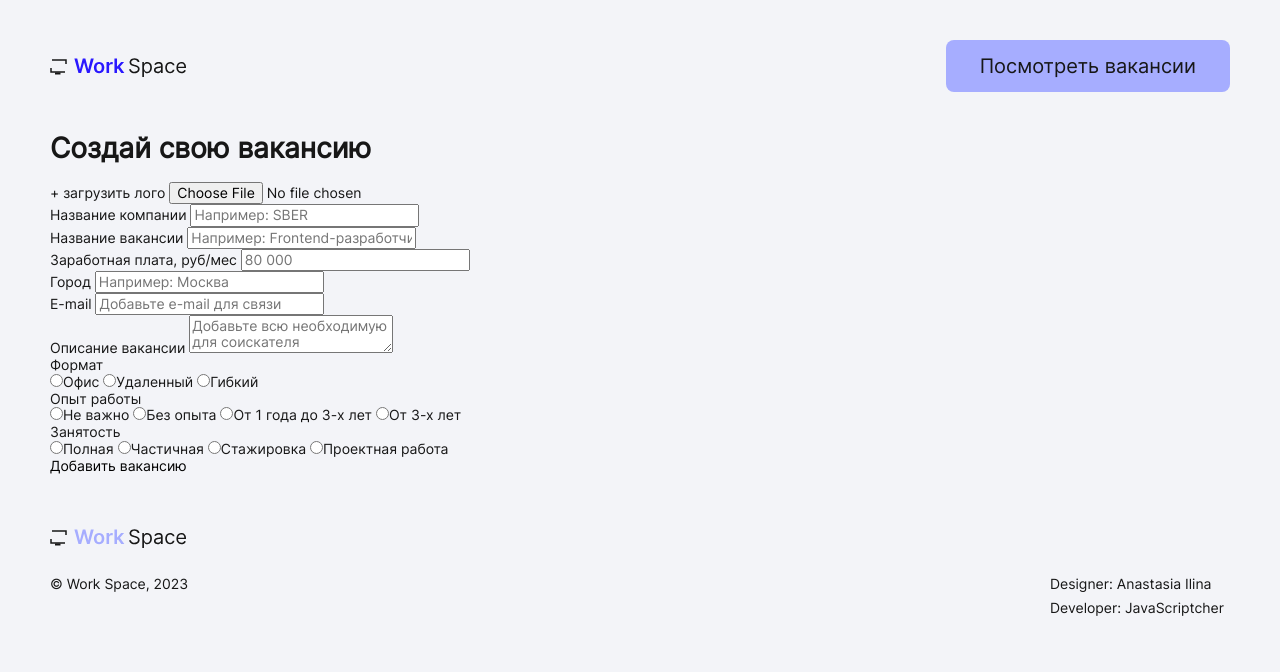
Repository: alexboagreek/workspace_js
Page: employer.html
These files come from the project's save history. The page is drawn as it stood at one moment and after the next save; the edit follows.
The browser window is 1280 px wide. The pictures show the whole page.

Above is the page before, as saved 2023-09-12 13:00:21.
Console error: TypeError: Cannot read properties of null (reading 'addEventListener')

### employer.html
<!DOCTYPE html>
<html lang="ru">
  <head>
    <meta charset="UTF-8" />
    <meta name="viewport" content="width=device-width, initial-scale=1.0" />
    <title>Workspace - добавить вакансию</title>

    <link rel="stylesheet" href="index.css" />

    <script src="js/choices.min.js" defer></script>
    <script src="js/script.js" defer></script>
  </head>

  <body>
    <header class="header">
      <div class="container header__container">
        <img class="header__logo" src="img/logo.svg" alt="Логитип WorkSpace" />

        <a class="header__link" href="#vacancies">Посмотреть вакансии</a>
      </div>
    </header>

    <main>
      <section class="employer">
        <div class="container">
          <h1 class="employer__title">Создай свою вакансию</h1>

          <form class="employer__form">
            <div class="employer__file file">
              <div class="file__wrap-preview">
                <img src="#" alt="" class="file__preview" />
              </div>

              <div class="file__wrap-btn">
                <label for="logo" class="file__label"> + загрузить лого </label>
                <input
                  name="logo"
                  type="file"
                  class="file__input"
                  id="logo"
                  accept="image/png, image/jpeg"
                />
              </div>

              <fieldset class="employer__fildset">
                <div class="employer__wrap-input">
                  <label class="employer__label" for="company"
                    >Название компании</label
                  >

                  <input
                    type="text"
                    class="employer__input"
                    id="company"
                    name="company"
                    placeholder="Например: SBER"
                  />
                </div>
              </fieldset>

              <fieldset class="employer__fieldset-input">
                <div class="employer__wrap-input">
                  <label class="employer__label" for="title"
                    >Название вакансии</label
                  >

                  <input
                    type="text"
                    class="employer__input"
                    id="title"
                    name="title"
                    placeholder="Например: Frontend-разработчик"
                  />
                </div>
              </fieldset>

              <fieldset class="employer__fildset">
                <div class="employer__wrap-input">
                  <label class="employer__label" for="salary"
                    >Заработная плата, руб/мес</label
                  >

                  <input
                    type="number"
                    class="employer__input"
                    id="salary"
                    name="salary"
                    placeholder="80 000"
                  />
                </div>
              </fieldset>

              <fieldset class="employer__fildset">
                <div class="employer__wrap-input">
                  <label class="employer__label" for="location">Город</label>

                  <input
                    type="text"
                    class="employer__input"
                    id="location"
                    name="location"
                    placeholder="Например: Москва"
                  />
                </div>
              </fieldset>

              <fieldset class="employer__fildset">
                <div class="employer__wrap-input">
                  <label class="employer__label" for="email">E-mail</label>

                  <input
                    type="email"
                    class="employer__input"
                    id="email"
                    name="email"
                    placeholder="Добавьте e-mail для связи"
                  />
                </div>
              </fieldset>
            </div>

            <fieldset class="employer__fieldset-textarea">
              <label class="employer__label" for="description"
                >Описание вакансии</label
              >

              <textarea
                class="employer__textarea"
                name="description"
                id="description"
                placeholder="Добавьте всю необходимую для соискателя информацию"
              ></textarea>
            </fieldset>

            <div class="employer__radio-buttons">
              <fieldset class="employer__fieldset-radio">
                <legend class="employer__legend">Формат</legend>

                <label class="employer__label-radio radio">
                  <input
                    type="radio"
                    class="radio__input"
                    name="format"
                    value="Офис"
                  />Офис
                </label>

                <label class="employer__label-radio radio">
                  <input
                    type="radio"
                    class="radio__input"
                    name="format"
                    value="Удаленный"
                  />Удаленный
                </label>

                <label class="employer__label-radio radio">
                  <input
                    type="radio"
                    class="radio__input"
                    name="format"
                    value="Гибкий"
                  />Гибкий
                </label>
              </fieldset>

              <fieldset class="employer__fieldset-radio">
                <legend class="employer__legend">Опыт работы</legend>

                <label class="employer__label-radio radio">
                  <input
                    type="radio"
                    class="radio__input"
                    name="experience"
                    value="Не важно"
                  />Не важно
                </label>

                <label class="employer__label-radio radio">
                  <input
                    type="radio"
                    class="radio__input"
                    name="experience"
                    value="Без опыта"
                  />Без опыта
                </label>

                <label class="employer__label-radio radio">
                  <input
                    type="radio"
                    class="radio__input"
                    name="experience"
                    value="От 1 года до 3-х лет"
                  />От 1 года до 3-х лет
                </label>

                <label class="employer__label-radio radio">
                  <input
                    type="radio"
                    class="radio__input"
                    name="experience"
                    value="От 3-х лет"
                  />От 3-х лет
                </label>
              </fieldset>

              <fieldset class="employer__fieldset-radio">
                <legend class="employer__legend">Занятость</legend>

                <label class="employer__label-radio radio">
                  <input
                    type="radio"
                    class="radio__input"
                    name="type"
                    value="Полная"
                  />Полная
                </label>

                <label class="employer__label-radio radio">
                  <input
                    type="radio"
                    class="radio__input"
                    name="type"
                    value="Частичная"
                  />Частичная
                </label>

                <label class="employer__label-radio radio">
                  <input
                    type="radio"
                    class="radio__input"
                    name="type"
                    value="Стажировка"
                  />Стажировка
                </label>

                <label class="employer__label-radio radio">
                  <input
                    type="radio"
                    class="radio__input"
                    name="type"
                    value="Проектная работа"
                  />Проектная работа
                </label>
              </fieldset>
            </div>

            <div class="employer__wrap-submit">
              <button class="employer__submit" type="submit">Добавить вакансию</button>
              <div class="employer__error"></div>
            </div>
          </form>
        </div>
      </section>
    </main>

    <footer class="footer">
      <div class="container footer__container">
        <img
          class="footer__logo"
          src="img/logo-footer.svg"
          alt="Логотип WorkSpace"
        />

        <p class="footer__copyright">© Work Space, 2023</p>

        <ul class="footer__contacts">
          <li class="footer__contact">
            Designer:
            <a class="footer__link" href="#">Anastasia Ilina</a>
          </li>
          <li class="footer__contact">
            Developer:
            <a class="footer__link" href="#">JavaScriptcher</a>
          </li>
        </ul>
      </div>
    </footer>
  </body>
</html>

### index.css
@import "style/normalize.css";
@import "style/choices.min.css";
@import "style/style.css";
@import "style/header.css";
@import "style/hero.css";
@import "style/vacancies.css";
@import "style/filter.css";
@import "style/choices.css";
@import "style/checkbox.css";
@import "style/cards.css";
@import "style/vacancy.css";
@import "style/footer.css";
@import "style/modal.css";
@import "style/detail.css";

### style/style.css
@font-face {
  font-family: Inter;
  font-weight: 400;
  src: url("../fonts/inter-regular.woff2") format("woff2"),
    url("../fonts/inter-regular.woff") format("woff");
}

html {
  scroll-behavior: smooth;
  position: relative;
  box-sizing: border-box;
}

*,
*:before,
*:after {
  box-sizing: inherit;
}

body {
  min-width: 320px;
  min-height: 100vh;
  font-family: Inter, sans-serif;
  font-size: 14px;
  color: #171717;
  background-color: #f3f4f8;
  line-height: 1.2;
}

img,
svg {
  max-width: 100%;
  max-height: 100%;
  height: auto;
}

button {
  padding: 0;
  border: 0;
  cursor: pointer;
  background-color: transparent;
}

a {
  text-decoration: none;
  color: inherit;
}

ul {
  padding: 0;
  margin: 0;
  list-style: none;
}

h1,
h2,
h3,
p {
  margin: 0;
}

fieldset {
  padding: 0;
  margin: 0;
  border: 0;
}

.visually-hidden {
  position: fixed;
  transform: scale(0);
}

.container {
  --width: 1180px;
  --padding: 30px;
  max-width: calc(var(--width) + var(--padding) * 2);
  margin: 0 auto;
  padding: 0 var(--padding);
}

.blue-text {
  color: #2a18ff;
}

@media (max-width: 1140px) {
  .container {
    --width: 880px;
  }
}

@media (max-width: 940px) {
  .container {
    --width: 680px;
  }
}

@media (max-width: 640px) {
  .container {
    --padding: 15px;
  }
}

### style/header.css
.header {
  padding: 40px 0;
}

.header__container {
  display: flex;
  align-items: center;
  justify-content: space-between;
}

.header__link {
  padding: 12px 32px;
  border-radius: 8px;
  background-color: #a6adff;
  font-size: 20px;
  border: 2px solid transparent;
  transition-property: color, background-color;
  transition-duration: 0.2s;
  transition-timing-function: ease-in-out;
}

.header__link:focus-visible {
  border-color: #4f58be;
}

.header__link:hover {
  color: #fff;
  background-color: #2a18ff;
}

@media (max-width: 1140px) {
  .header {
    padding: 32px 0 40px;
  }
}

@media (max-width: 940px) {
  .header {
    padding: 24px 0 30px;
  }

  .header__link {
    padding: 8px 23px;
    font-size: 14px;
  }
}

@media (max-width: 640px) {
  .header {
    padding: 24px 0 20px;
  }

  .header__link {
    display: none;
  }
}

### style/hero.css
.hero {
  padding: 60px 0 50px;
}

.hero__container {
  position: relative;
  padding-top: 57px;
  padding-bottom: 57px;
}

.hero__container:after {
  content: "";
  position: absolute;
  right: -9px;
  top: 0;
  bottom: 0;
  width: 421px;
  background: url("../img/laptop.png") no-repeat center/contain;
}

.hero__title {
  position: relative;
  z-index: 2;
  max-width: 780px;
  font-size: 90px;
  letter-spacing: 1.8px;
  text-transform: uppercase;
}

@media (max-width: 1140px) {
  .hero {
    padding: 40px 0;
  }

  .hero__container {
    padding-top: 53px;
    padding-bottom: 53px;
  }

  .hero__container:after {
    width: 340px;
  }

  .hero__title {
    max-width: 580px;
    font-size: 64px;
    letter-spacing: 1.28px;
  }
}

@media (max-width: 940px) {
  .hero {
    padding: 30px 0;
  }

  .hero__container {
    padding-top: 40px;
    padding-bottom: 40px;
  }

  .hero__container:after {
    width: 269px;
  }

  .hero__title {
    max-width: 450px;
    font-size: 52px;
    letter-spacing: 1.04px;
  }
}

@media (max-width: 640px) {
  .hero {
    padding-top: 20px;
    padding-bottom: 10px;
  }

  .hero__container {
    padding-top: 0;
    padding-bottom: 234px;
  }

  .hero__title {
    max-width: 290px;
    text-align: center;
    margin: 0 auto;
    font-size: 32px;
  }

  .hero__container:after {
    right: auto;
    top: auto;
    height: 269px;
    left: 50%;
    transform: translateX(-50%);
    background-position: bottom;
  }
}

### style/vacancies.css
.vacancies {
  padding: 50px 0;
}

.vacancies__container {
  display: flex;
  align-items: start;
  gap: 24px 20px;
}

.vacancies__filter-btn {
  display: none;
}

.vacancies__filter {
  flex: 0 0 280px;
}

.vacancies__cards {
  flex-basis: 100%;
}

@media (max-width: 1140px) {
  .vacancies {
    padding: 40px 0;
  }
}

@media (max-width: 940px) {
  .vacancies {
    padding: 30px 0;
  }

  .vacancies__container {
    flex-direction: column;
    row-gap: 0;
  }

  .vacancies__filter-btn {
    display: flex;
    align-items: center;
    margin-bottom: 24px;
    transition-property: margin-bottom, color;
    transition-duration: 0.2s, 0.3s;
    transition-timing-function: ease-in-out;
    transition-delay: 0.2s, 0s;
    color: #2a18ff;
    line-height: 20px;
  }

  .vacancies__filter-btn:hover:not(:focus) {
    color: #a6adff;
  }

  .vacancies__filter-btn-arrow {
    position: relative;
    top: -2px;
    display: block;
    width: 20px;
    height: 20px;
  }

  .vacancies__filter-btn_active {
    margin-bottom: 32px;
    transition-delay: 0s;
  }

  .vacancies__filter-btn_active .vacancies__filter-btn-arrow {
    transform: rotate(180deg);
    top: 2px;
  }

  .vacancies__filter {
    width: 100%;
    flex-basis: auto;
    height: 0;
    overflow: hidden;
    transition: height 0.4s ease-in-out;
  }

  .vacancies__filter_active {
    height: auto;
    margin-bottom: 40px;
  }

  .vacancies__cards {
    width: 100%;
  }
}

@media (max-width: 640px) {
  .vacancies__filter-btn_active {
    margin-bottom: 24px;
  }
}

### style/filter.css
.filter {
  position: relative;
}

.filter__reset {
  position: absolute;
  top: 7px;
  right: 0;
  color: #ccc;
}

.filter__title {
  font-size: 20px;
  font-weight: 400;
  margin-bottom: 32px;
}

.filter__form {
  display: flex;
  flex-direction: column;
  gap: 32px;
}

.filter__fieldset {
  display: flex;
  flex-direction: column;
  align-items: start;
}

.filter__legend {
  margin-bottom: 12px;
}

.filter__select {
  width: 100%;
}

.filter__range {
  display: flex;
  align-items: center;
  justify-content: space-between;
  gap: 10px;
}

.filter__label:not(:last-child) {
  margin-bottom: 8px;
}

.filter__input {
  flex: 1 1 50%;
  width: 100%;
  padding: 0 16px;
  height: 32px;
  border: 0;
}

.filter__input::placeholder {
  color: #ccc;
}

.filter__checkboxes {
  display: flex;
  flex-direction: column;
  gap: 32px;
}

.filter__button {
  padding: 8px 24px;
  border-radius: 4px;
  background-color: #a6adff;
  border: 2px solid transparent;
  transition-property: color, background-color;
  transition-duration: 0.2s;
  transition-timing-function: ease-in-out;
}

.filter__button:focus-visible {
  border-color: #4f58be;
}

.filter__button:hover {
  color: #fff;
  background-color: #2a18ff;
}

@media (max-width: 940px) {
  .filter__title {
    position: fixed;
    transform: scale(0);
  }

  .filter__input {
    max-width: 140px;
  }

  .filter__checkboxes {
    display: grid;
    grid-template-columns: repeat(auto-fit, minmax(180px, 1fr));
    gap: 24px 70px;
  }

  .filter__buttons {
    display: flex;
    gap: 16px;
    align-items: center;
  }

  .filter__reset {
    position: static;
  }
}

### style/choices.css
.choices {
  width: 100%;
}

.choices__inner {
  background-color: #fff;
  padding: 6px 16px;
  min-height: 32px;
  border: 0;
}

.choices__list--single {
  padding: 0;
}

.choices[data-type*="select-one"]::after {
  width: 20px;
  height: 20px;
  background: url("../img/arrow.svg") no-repeat center/contain;
  border: 0;
  top: 6px;
  right: 16px;
  margin-top: 0;
}

.choices[data-type*="select-one"].is-open::after {
  transform: rotate(180deg);
  margin-top: 0;
}

### style/checkbox.css
.checkbox {
  position: relative;
  display: block;
  line-height: 20px;
  padding-left: 28px;
}

.checkbox__input {
  -webkit-appearance: none;
  -moz-appearance: none;
  appearance: none;
  position: absolute;
  width: 20px;
  height: 20px;
  left: 0;
  top: 0;
  bottom: 0;
  background-color: #fff;
  border-radius: 4px;
}

.checkbox__input:after {
  content: "";
  position: absolute;
  inset: 0;
  display: block;
  background: url("../img/check.svg") no-repeat center;
  opacity: 0;
  transition: opacity 0.2s ease-in-out;
}

.checkbox__input:checked:after {
  opacity: 1;
}

.checkbox__input:focus-visible {
  outline: none;
  box-shadow: 0px 2px 10px rgba(0, 0, 0, 0.25);
}

.checkbox__input:hover:not(:disabled) {
  box-shadow: 0px 2px 10px rgba(166, 173, 255, 0.55);
}

.checkbox__input:disabled {
  background-color: #ccc;
}

### style/cards.css
.cards__list {
  display: grid;
  grid-template-columns: repeat(auto-fit, minmax(280px, 1fr));
  gap: 20px;
}

@media (max-width: 940px) {
  .cards__list {
    grid-template-columns: repeat(auto-fit, minmax(220px, 1fr));
    gap: 10px;
  }
}

### style/vacancy.css
.vacancy {
  border-radius: 16px;
  background-color: #fff;
  padding: 16px;
  height: 100%;
  cursor: pointer;
  outline: none;
  border: 2px solid transparent;
}

.vacancy:hover {
  background-color: #f9faff;
}

.vacancy:focus-visible {
  border-color: #a6adff;
}

.vacancy__img {
  max-height: 44px;
  margin-bottom: 12px;
  display: block;
}

.vacancy__company {
  font-size: 20px;
  margin-bottom: 8px;
}

.vacancy__title {
  display: inline-block;
  padding: 3px 5px;
  font-size: 14px;
  font-weight: 400;
  border-radius: 4px;
  background-color: #eaecff;
  margin-bottom: 8px;
}

.vacancy__field {
  color: #ccc;
}

### style/footer.css
.footer {
  padding: 50px 0 40px;
}

.footer__container {
  display: grid;
  gap: 27px;
  grid-template-areas:
    "logo ."
    "copyright contacts";
}

.footer__logo {
  grid-area: logo;
}

.footer__copyright {
  grid-area: copyright;
}

.footer__contacts {
  grid-area: contacts;
  justify-self: end;
  min-width: 180px;
}

.footer__contact {
  margin-bottom: 8px;
}

.footer__contact:last-child {
  margin-bottom: 0;
}

.footer__link:hover {
  color: brown;
}

@media (max-width: 1140px) {
  .footer {
    padding: 40px 0 32px;
  }
}

@media (max-width: 940px) {
  .footer {
    padding: 30px 0 24px;
  }
}

@media (max-width: 640px) {
  .footer {
    padding-top: 20px;
  }

  .footer__container {
    grid-template-areas:
      "logo"
      "copyright"
      "contacts";
  }

  .footer__contacts {
    justify-self: start;
  }
}

### style/modal.css
.modal {
  position: fixed;
  z-index: 10;
  inset: 0;
  background-color: rgba(0, 0, 0, 0.5);
  cursor: pointer;
  padding: 30px;
  overflow-y: auto;
  display: flex;
}

.modal__main {
  position: relative;
  margin: auto;
  cursor: default;
}

.modal__close {
  background-color: transparent;
  border: none;
  cursor: pointer;
  position: absolute;
  top: 12px;
  right: 12px;
  padding: 0;
  line-height: 0;
  outline: 1px solid transparent;
  border-radius: 3px;
}

.modal__close:focus-visible {
  outline-color: gray;
}

@media (max-width: 640px) {
  .modal {
    padding: 30px 15px;
  }
}

### style/detail.css
.detail {
  max-width: 780px;
  border-radius: 16px;
  box-shadow: 0px 10px 50px 0px rgba(4, 0, 49, 0.1);
  background: #fff url("../img/likemen.png") no-repeat bottom right;
  background-size: 150px;
  padding: 36px 36px 80px;
}

.detail__header {
  display: grid;
  grid-template-columns: 101px 1fr;
  gap: 12px 20px;
  margin-bottom: 32px;
}

.detail__logo {
  width: 100%;
  max-height: 101px;
  grid-row: 1 / 3;
  align-self: center;
  justify-self: start;
}

.detail__company {
  font-size: 32px;
  letter-spacing: 0.64px;
  align-self: end;
  justify-self: start;
}

.detail__title {
  font-size: 20px;
  font-weight: 400;
  align-self: start;
  justify-self: start;
  border-radius: 4px;
  background-color: #eaecff;
  padding: 5px 10px;
}

.detail__main {
  display: flex;
  gap: 20px;
  margin-bottom: 32px;
}

.detail__description {
  max-width: 465px;
  line-height: 1.4;
}

.detail__fields {
  display: flex;
  flex-direction: column;
  align-items: start;
  gap: 4px;
}

.detail__field {
  padding: 3px 10px;
  border-radius: 30px;
  background-color: #eaecff;
}

.detail__resume {
  line-height: 1.4;
}

@media (max-width: 940px) {
  .detail {
    max-width: 680px;
    padding: 24px 24px 72px;
  }

  .detail__main {
    gap: 10px;
  }

  .detail__description {
    max-width: 418px;
  }
}

@media (max-width: 640px) {
  .detail {
    padding: 24px 15px;
    background-image: none;
  }

  .detail__header {
    grid-template-columns: 60px 1fr;
    gap: 4px 8px;
    margin-bottom: 24px;
  }

  .detail__company {
    font-size: 20px;
    letter-spacing: 0.4px;
  }

  .detail__title {
    font-size: 12px;
  }

  .detail__main {
    flex-direction: column;
    gap: 24px;
    margin-bottom: 24px;
  }

  .detail__description {
    max-width: 100%;
  }
}

Loaded but not shown: js/choices.min.js (library); style/normalize.css (library); style/choices.min.css (library); js/script.js (300 lines, source omitted)

After the next save:
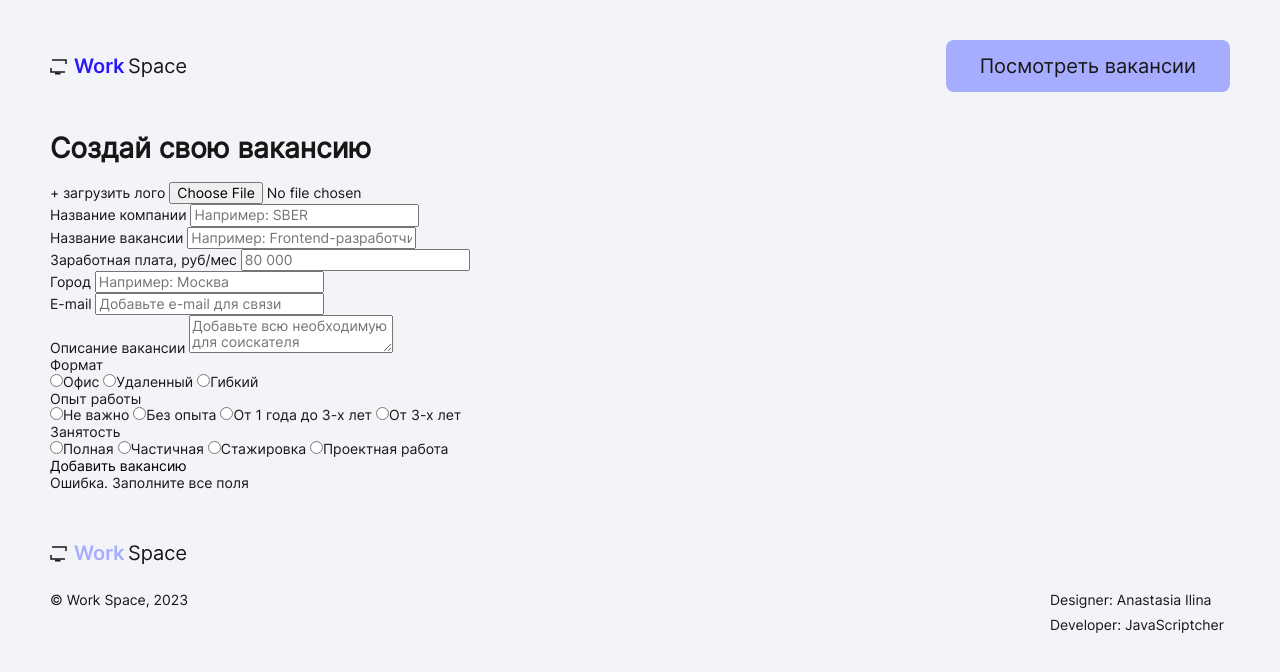
Saved 32 s later.
--- a/employer.html
+++ b/employer.html
@@ -247,7 +247,7 @@
 
             <div class="employer__wrap-submit">
               <button class="employer__submit" type="submit">Добавить вакансию</button>
-              <div class="employer__error"></div>
+              <div class="employer__error">Ошибка. Заполните все поля</div>
             </div>
           </form>
         </div>
